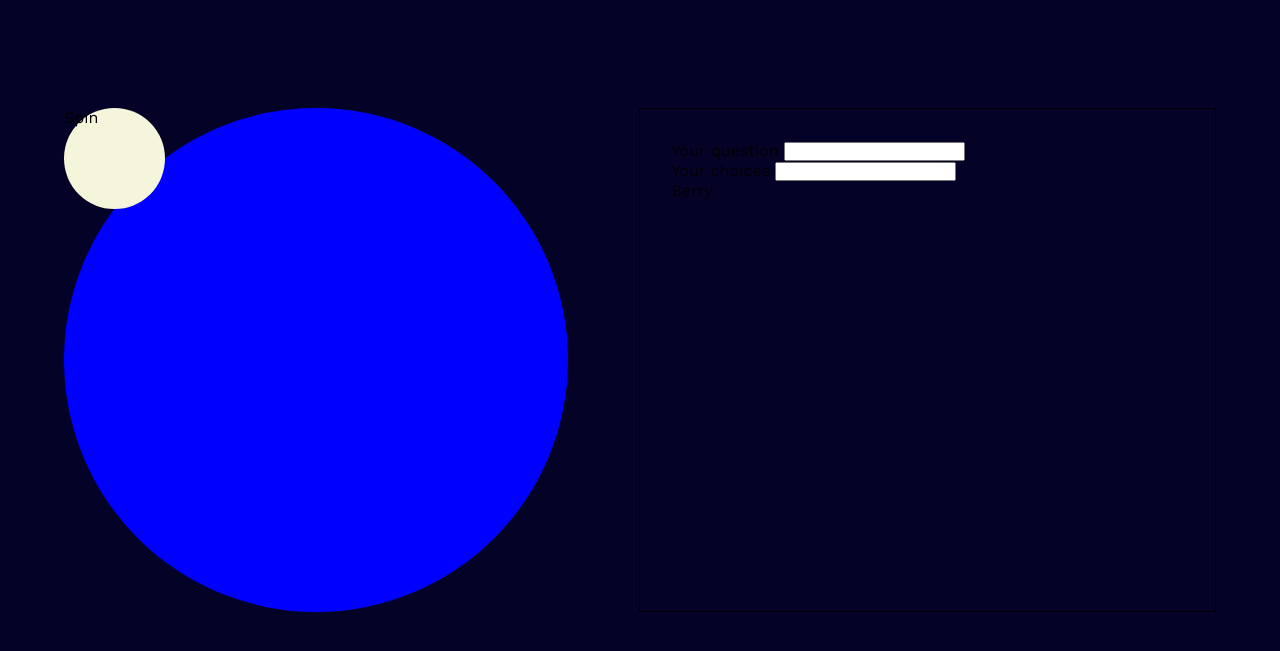
Repository: emiliaiwu/choice_wheel_spinner
Page: index.html
An editor plug-in stored every save of this project. The page is shown before and after a run of saves, followed by the edit.
The browser window is 1280 px wide. The pictures show the whole page.

Above is the page before, as saved 2023-01-09 23:32:48.

After the next 2 saves:
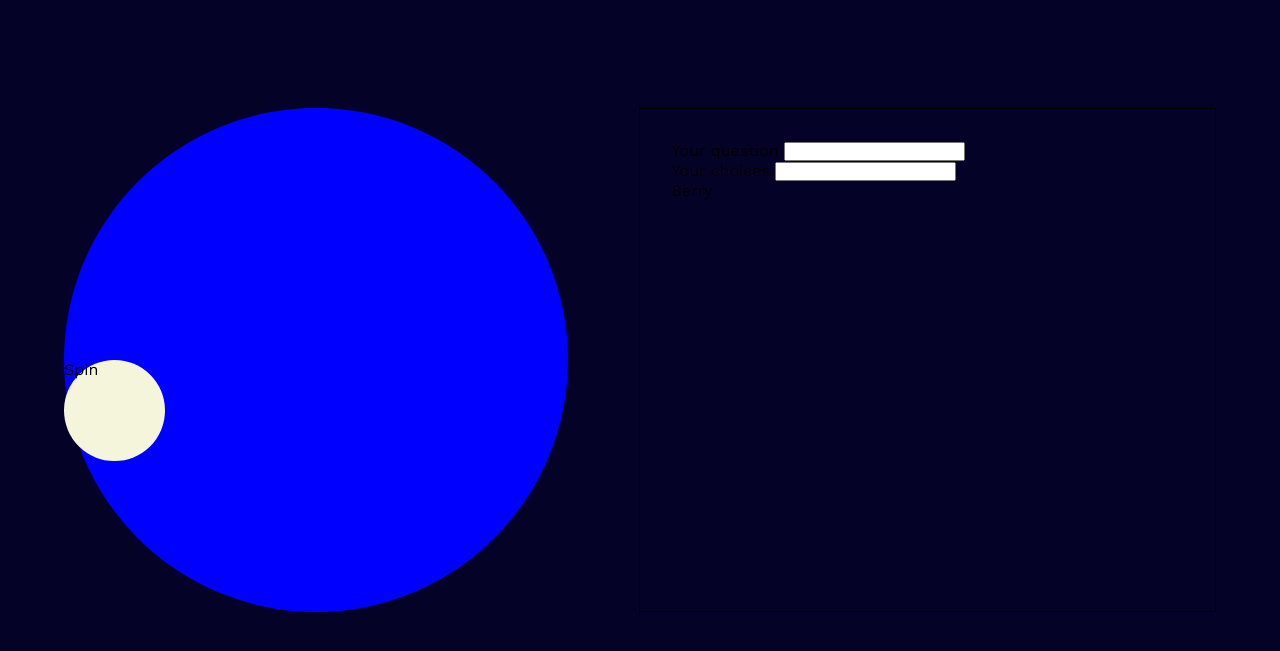
The 2 saves are shown as one change because they came seconds apart.
The last was saved 6 s later.
--- a/style.css
+++ b/style.css
@@ -48,7 +48,7 @@
     background-color: beige;
     position: absolute;
     border-radius: 50%;
-    top
+    top: 50%;
 }
 
 
